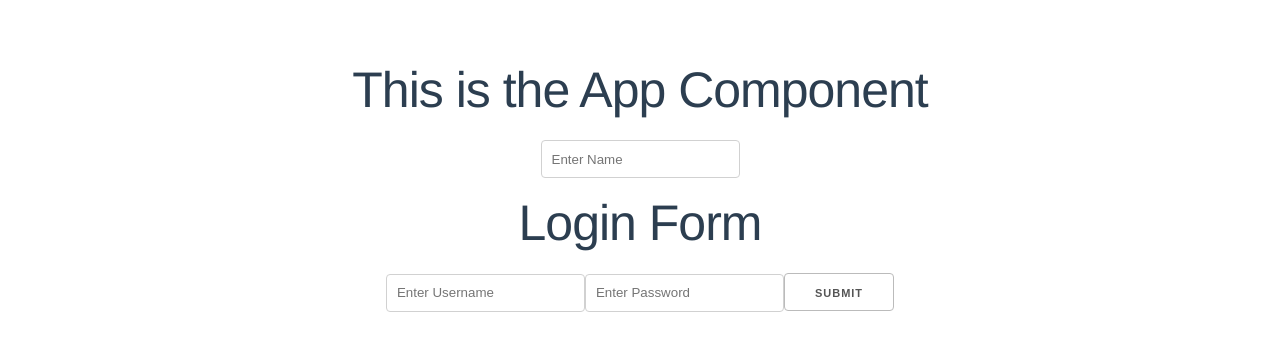
Repository: chsvk/Vue-JS-Course
Page: /
An editor plug-in stored every save of this project. The page is shown before and after the next save, followed by the edit.
The browser window is 1280 px wide. The pictures show the whole page.
The project was rebuilt for these pictures with package versions that can differ from the ones it lists, and the page was loaded fresh each time.

Above is the page before, as saved 2019-03-18 03:14:24.

After the next save:
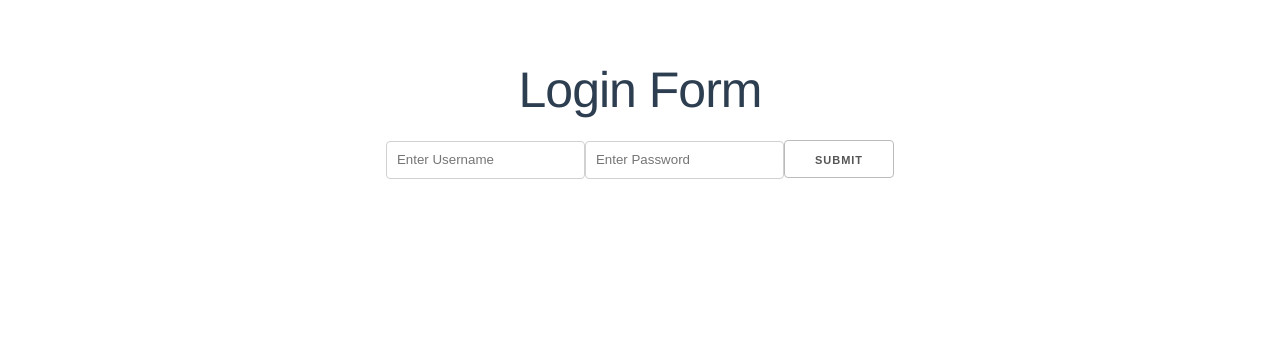
Saved 12 s later.
--- a/src/App.vue
+++ b/src/App.vue
@@ -1,7 +1,7 @@
 <template>
   <div id="app">
-    <h1>This is the App Component</h1>
-    <input type="text" placeholder="Enter Name" v-model="name">
+    <!-- <h1>This is the App Component</h1>
+    <input type="text" placeholder="Enter Name" v-model="name"> -->
     <Login/>
   </div>
 </template>
